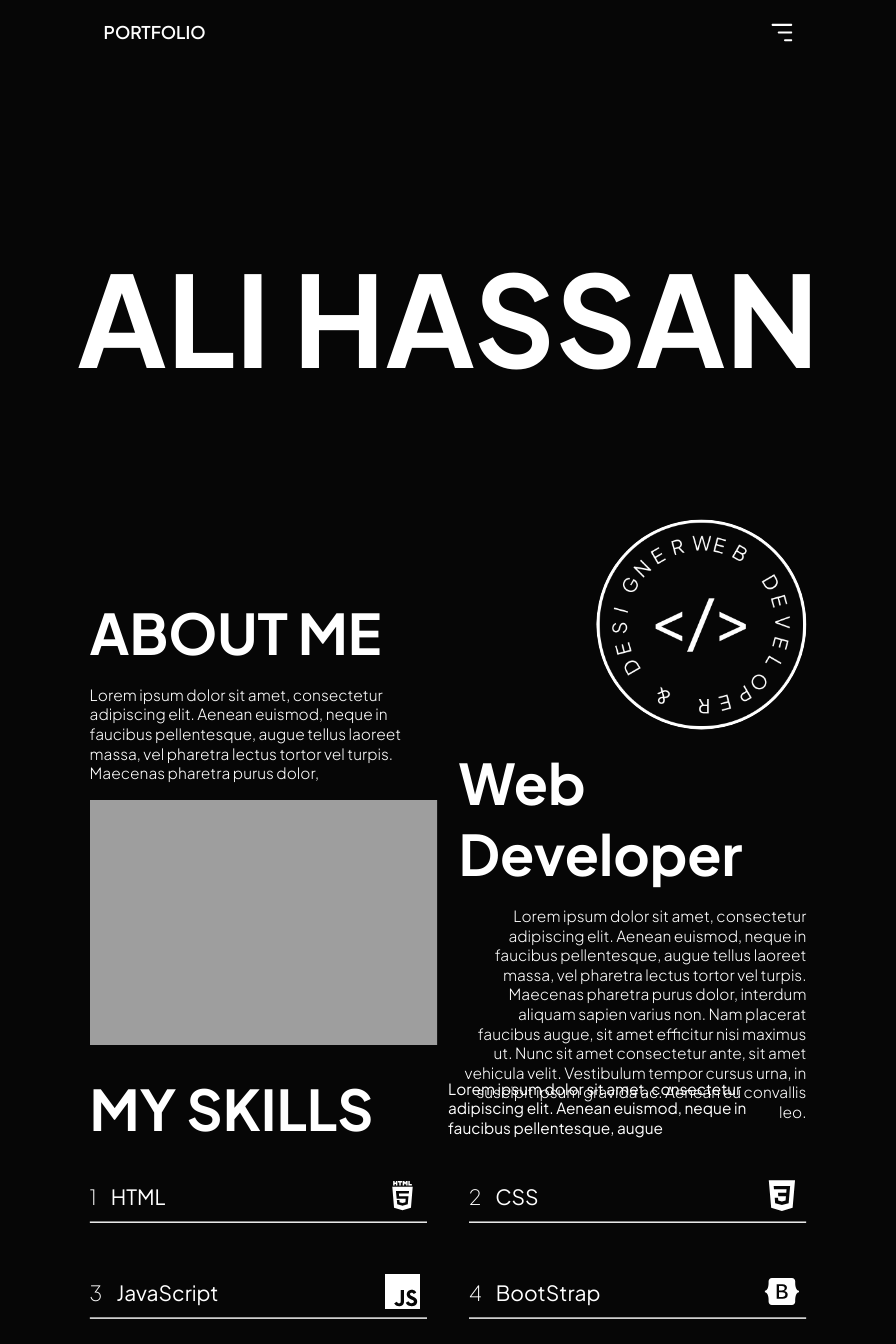
Repository: AliHassan02-Dev/PORTFOLIO
Page: / (app in Front-end/)
The author's editor kept a copy of each file at every save. The page is drawn from the files as they stood at one save, then again after the next save.
The browser window is 1280 px wide. The pictures show the part of the page from y = 0 to 1920 px (the page is 3178 px tall before and 4018 px after), at 70% of full size.
Pictures or frames that could not be fetched are drawn as grey boxes. The project was rebuilt for these pictures with package versions that can differ from the ones it lists, and the page was loaded fresh each time. Also part of the build but not shown: Front-end/vite.config.js, Front-end/src/Pages/Projects.jsx, Front-end/src/Pages/AllProjects.jsx, Front-end/src/Components/ProjectPreview.jsx.

Above is the page before, as saved 2024-08-24 07:20:03.

After the next save:
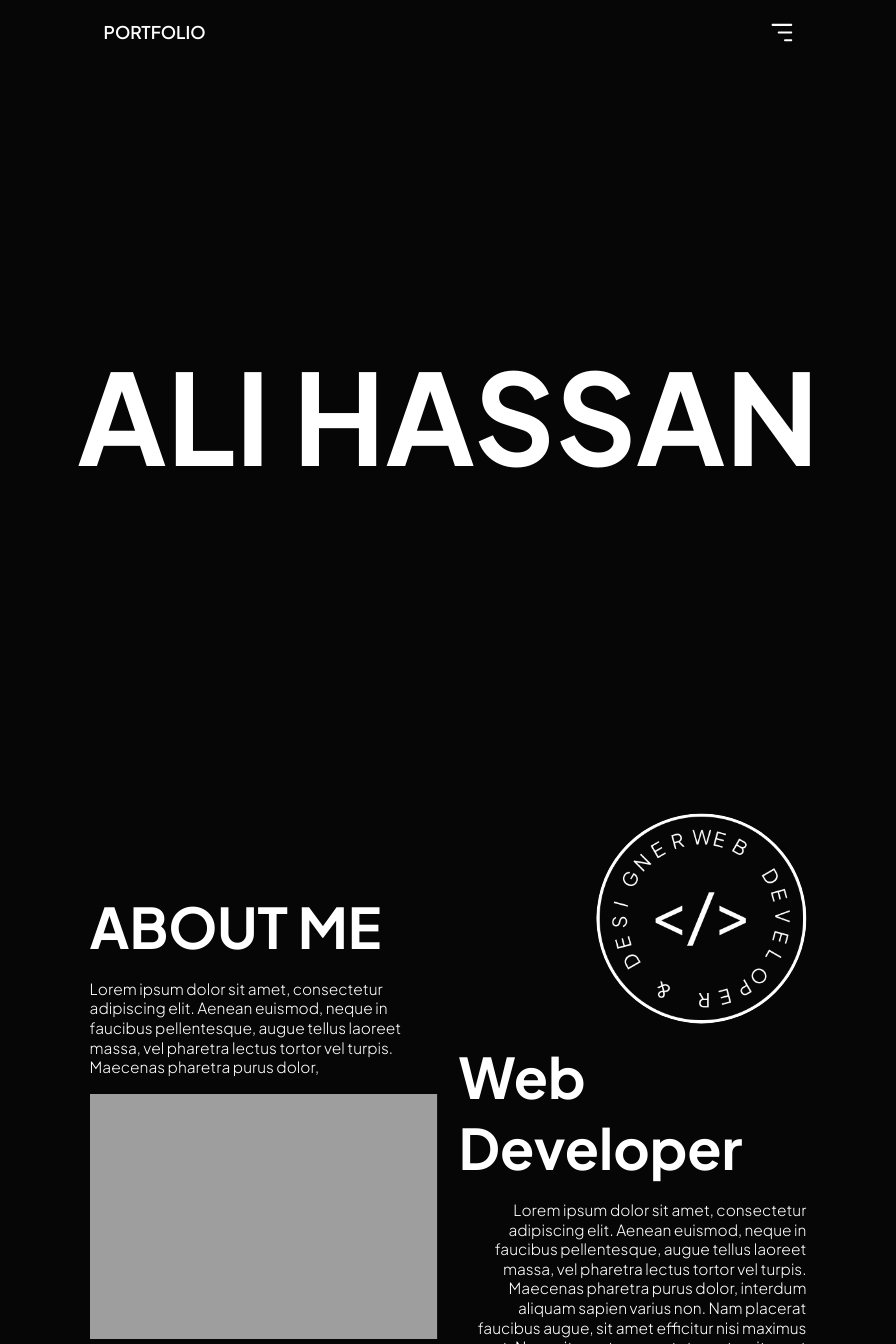
Saved 55 s later.
--- a/Front-end/src/App.css
+++ b/Front-end/src/App.css
@@ -23,7 +23,7 @@ body {
 /* HOME CONTAINER CSS */
 .homeContainer {
   width: 100vw;
-  height: 100vh;
+  height: 1000px;
   display: flex;
   flex-direction: column;
 }
@@ -32,7 +32,7 @@ body {
 /* MENU CSS */
 .menu {
   width: 100%;
-  height: 100vh;
+  height: 1000px;
   position: fixed;
   background-color: #060606;
   transform: translateY(-100%);
@@ -212,7 +212,7 @@ body {
 /* ABOUT SECTION CSS */
 .mainWrapper .aboutContainer {
   width: 80%;
-  height: 100vh;
+  height: 1000px;
   display: flex;
   justify-content: center;
   align-items: center;
@@ -287,7 +287,7 @@ body {
 /* SKILLS SECTION CSS */
 .mainWrapper .skillsContainer {
   width: 80%;
-  height: 100vh;
+  height: 1000px;
   display: flex;
   justify-content: center;
   flex-direction: column;
@@ -368,7 +368,7 @@ body {
 /* PROJECTS SECTION CSS */
 .mainWrapper .projectContainer {
   width: 80%;
-  height: 100vh;
+  height: 1000px;
   display: flex;
   justify-content: center;
   flex-direction: column;
@@ -465,7 +465,7 @@ body {
 .skillsSection,
 .projectSection {
   width: 100vw;
-  height: 100vh;
+  height: 1000px;
 }
 
 .aboutSection {
